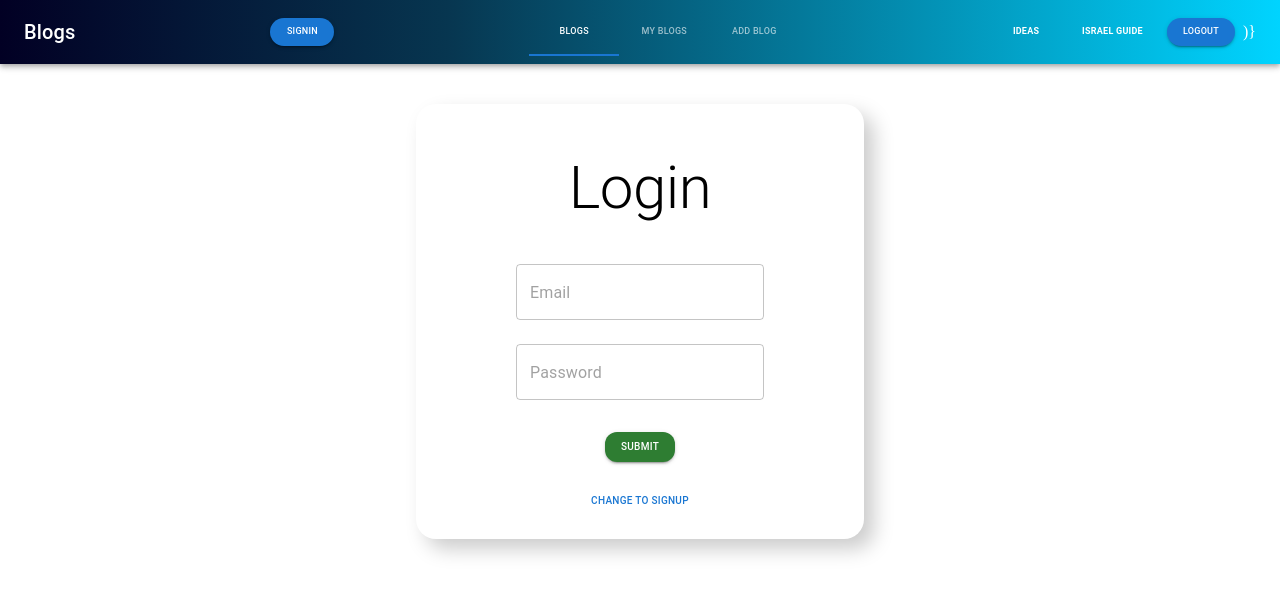
Repository: LolaSL/myBlogs
Page: /auth (app in frontend/)
An editor plug-in stored every save of this project. The page is shown before and after the next save, followed by the edit.
The browser window is 1280 px wide. The pictures show the whole page.
The project was rebuilt for these pictures with package versions that can differ from the ones it lists, and the page was loaded fresh each time. Also part of the build but not shown: frontend/src/components/Blog.jsx, frontend/src/components/Blogs.jsx, frontend/src/components/UserBlog.jsx, frontend/src/components/BlogDetails.jsx, frontend/src/components/AddBlog.jsx, frontend/src/pages/HotelTips.jsx, frontend/src/pages/TouristTips.jsx, frontend/src/pages/Journey.jsx and 7 more. Imported but missing from the stored project, and not drawn on this page: frontend/src/components/videos/video.webm.

Above is the page before, as saved 2024-04-11 15:33:35.

After the next save:
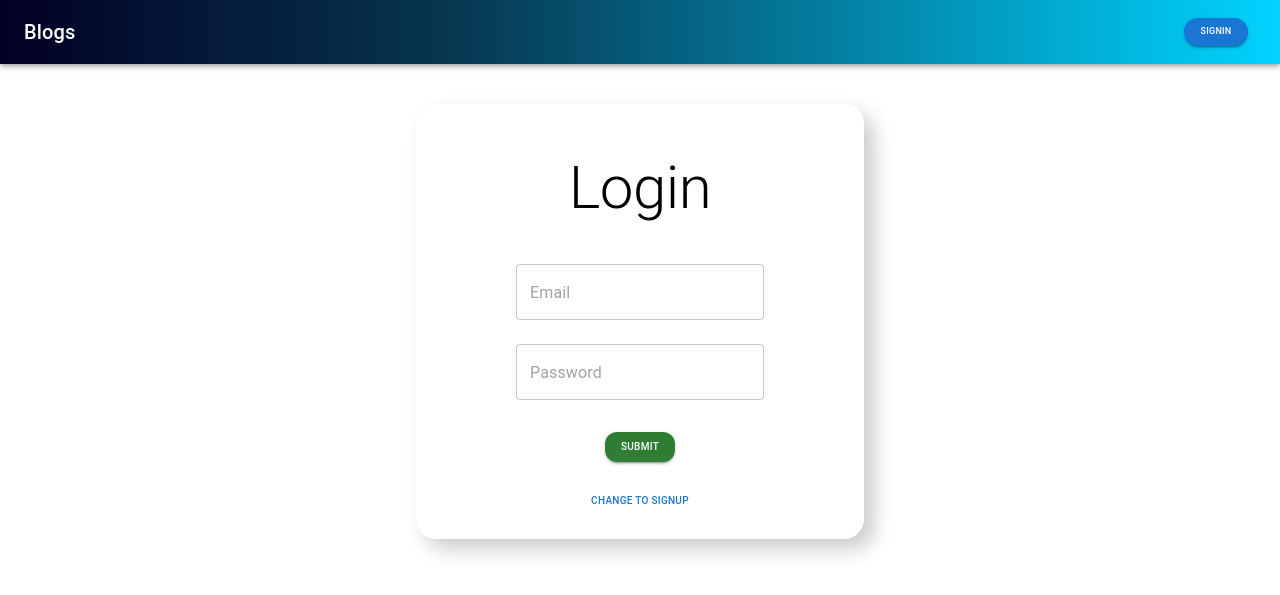
Saved 18 s later.
--- a/frontend/src/components/Header.jsx
+++ b/frontend/src/components/Header.jsx
@@ -76,7 +76,7 @@ const Header = () => {
             </Button>
           </Box>
         )}
-
+        {isLoggedIn && (
           <>
             <Box
               fontSize="9px"
